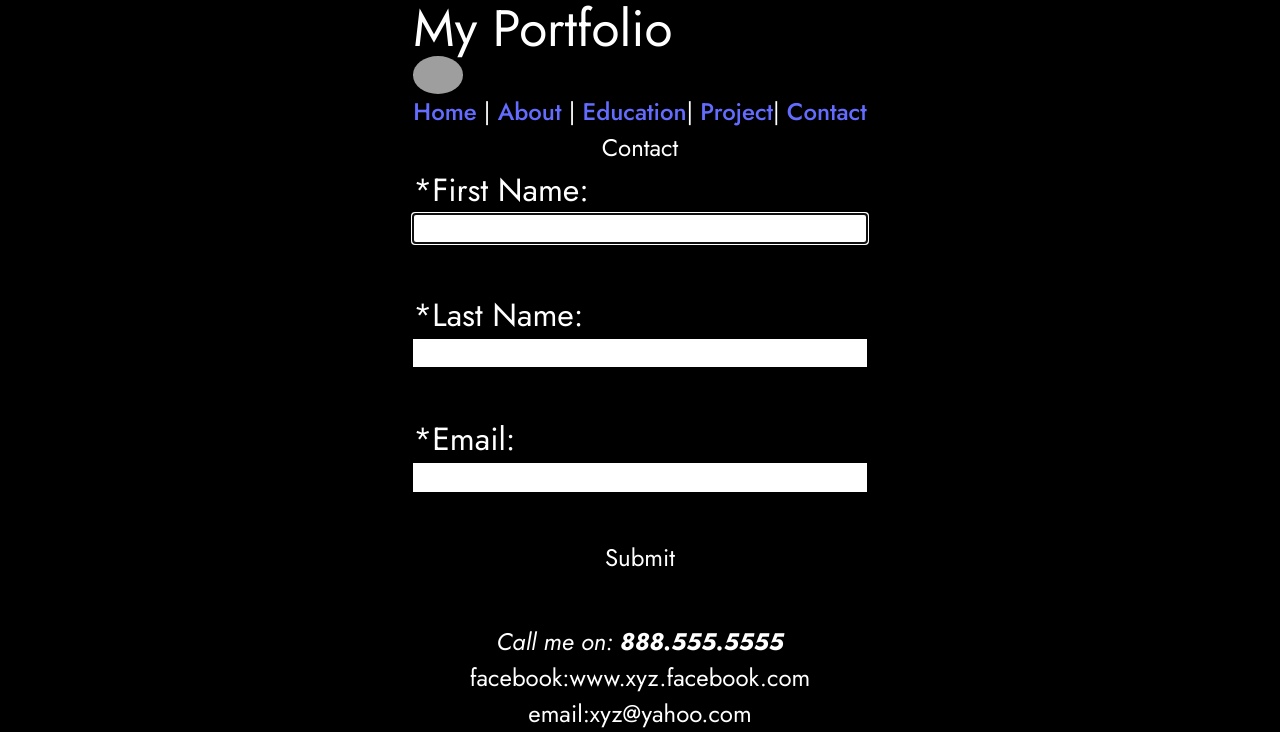
Repository: EricEE1022/myPortfolio
Page: /contact (app in client/)
An editor plug-in stored every save of this project. The page is shown before and after a run of saves, followed by the edit.
The browser window is 1280 px wide. The pictures show the whole page.
Pictures or frames that could not be fetched are drawn as grey boxes. The project was rebuilt for these pictures with package versions that can differ from the ones it lists, and the page was loaded fresh each time. Also part of the build but not shown: client/vite.config.js, client/components/Home.jsx, client/src/about.css, client/src/about.jsx, client/src/education.jsx, client/src/project.css, client/src/project.jsx.

Above is the page before, as saved 2024-10-07 20:49:36.

### client/index.html
<!doctype html>
<html lang="en">
  <head>
    <meta charset="UTF-8" />
    <link rel="icon" type="image/svg+xml" href="/vite.svg" />
    <meta name="viewport" content="width=device-width, initial-scale=1.0" />
    <title>Eric Emiowei</title>
  </head>
  <body>
    <div id="root"></div>
    <script type="module" src="/src/index.jsx"></script>
  </body>
</html>

### client/src/index.jsx
// Student Name: Ebibulukemi Emiowei (Eric)
// Student ID: 301367312
// Date: 09/29/2024

import React from 'react';
import ReactDOM from 'react-dom/client';
import './styles/index.css';
import App from './App.jsx';


const root = ReactDOM.createRoot(document.getElementById('root'));
root.render(
  <React.StrictMode>
    <App />
  </React.StrictMode>
);

### client/src/styles/index.css
/* Student Name: Ebibulukemi Emiowei (Eric)
Student ID: 301367312
Date: 09/29/2024 */

@import url('https://fonts.googleapis.com/css2?family=Jost:ital,wght@0,100..900;1,100..900&display=swap');

@tailwind base;
@tailwind components;
@tailwind utilities;

body {
  @apply font-jost bg-gray-900 text-white;
}

.custom-class {
  @apply p-4 bg-blue-500 text-center rounded-lg;
}

### client/src/App.jsx
import React from 'react';
import { BrowserRouter as Router } from 'react-router-dom';
//import { ThemeProvider } from '@material-ui/styles';
import MainRouter from '../MainRouter';
//import Contact from './contact'
//import theme from '../theme';
//import { hot } from 'react-hot-loader'
const App = () => {
 return (
 <Router>

 <MainRouter />

 </Router>
 );
};
export default App;

### client/MainRouter.jsx
import React from 'react'
import { Route, Routes } from 'react-router-dom'
import Home from './components/Home'
import About from './src/about'
import Contact from './src/contact'
import Education from './src/education'
import Project from './src/project'
import Layout from './components/layout'
const MainRouter = () => {
 return (<div>
 <Layout/>
 <Routes>

<Route exact path="/" element={<Home />} />
<Route exact path="/about" element={<About />} />
<Route exact path="/education" element={<Education />} />
<Route exact path="/project" element={<Project />} />
<Route exact path="/contact" element={<Contact />} />

 </Routes>
 </div>
 )
}
export default MainRouter

### client/src/contact.jsx
import '../src/contact.css'
import {create} from '../contact/api-contact.js'
//import {create} from './api-shop.js'
import {Link, Navigate} from 'react-router-dom'
export default function Contact() {
     return (
     <>
     <p>Contact</p>
     <form id="ffp">


				<label htmlFor="myFName"> *First Name: </label>
				<input type="text" id="myFName" name="myFName" required="required" autoFocus /> <br /> <br />

				<label htmlFor="myLName"> *Last Name: </label>
				<input type="text" id="myLName" name="myLName" required="required" /> <br /> <br />


				<label htmlFor="myEmail"> *Email: </label>
				<input type="email" id="myEmail" name="myEmail" required="required" /> <br /> <br />

				<input type="submit" className="submit" value="Submit" /> <br />


		</form> <br></br>
          <p><i>Call me on: <strong>888.555.5555 </strong></i></p>
 <p>facebook:www.xyz.facebook.com</p>
 <p>email:xyz@yahoo.com</p>
     </>
     );
     }


    /* import '../src/contact.css';
import { useState } from 'react';

export default function Contact() {
    const [formData, setFormData] = useState({
        myFName: '',
        myLName: '',
        myEmail: '',
    });

    const handleChange = (event) => {
        const { name, value } = event.target;
        setFormData((prevData) => ({
            ...prevData,
            [name]: value,
        }));
    };

    const handleSubmit = async (event) => {
        event.preventDefault(); // Prevent the default form submission

        try {
            const response = await fetch('http://localhost:3000/api/contacts', {
                method: 'POST',
                headers: {
                    'Content-Type': 'application/json',
                },
                body: JSON.stringify(formData),
            });

            if (!response.ok) {
                throw new Error('Network response was not ok');
            }

            const result = await response.json();
            console.log('Success:', result);
            alert('Data saved successfully!');
            // Optionally reset the form
            setFormData({
                myFName: '',
                myLName: '',
                myEmail: '',
            });
        } catch (error) {
            console.error('Error:', error);
            alert('There was an error saving the data.');
        }
    };

    return (
        <>
            <p>Contact</p>
            <form id="ffp" onSubmit={handleSubmit}>
                <label htmlFor="myFName"> *First Name: </label>
                <input
                    type="text"
                    id="myFName"
                    name="myFName"
                    value={formData.myFName}
                    onChange={handleChange}
                    required
                    autoFocus
                />
                <br />
                <br />

                <label htmlFor="myLName"> *Last Name: </label>
                <input
                    type="text"
                    id="myLName"
                    name="myLName"
                    value={formData.myLName}
                    onChange={handleChange}
                    required
                />
                <br />
                <br />

                <label htmlFor="myEmail"> *Email: </label>
                <input
                    type="email"
                    id="myEmail"
                    name="myEmail"
                    value={formData.myEmail}
                    onChange={handleChange}
                    required
                />
                <br />
                <br />

                <input type="submit" className="submit" value="Submit" />
                <br />
            </form>
            <br />
            <p>
                <i>Call me on: <strong>888.555.5555 </strong></i>
            </p>
            <p>facebook: www.xyz.facebook.com</p>
            <p>email: xyz@yahoo.com</p>
        </>
    );
}
*/

### client/components/layout.jsx
import React from 'react';
import { Link } from 'react-router-dom';
import football1 from '../src/assets/football1.jfif';
export default function Layout() {
 return (
 <>

 <h1>My Portfolio</h1>

 < img src={football1}alt="football" className="football" width="50px" height="50px"/>
 <nav>

 <Link to="/">Home</Link> | <Link to="/about">About</Link> | <Link to="/education">Education</Link>| <Link to="/project">Project</Link>| <Link to="/contact">Contact</Link>
 </nav>

<br/>
 <hr />

 </>

 );
}

### client/src/index.css
:root {
  font-family: Inter, system-ui, Avenir, Helvetica, Arial, sans-serif;
  line-height: 1.5;
  font-weight: 400;

  color-scheme: light dark;
  color: rgba(255, 255, 255, 0.87);
  background-color: #242424;

  font-synthesis: none;
  text-rendering: optimizeLegibility;
  -webkit-font-smoothing: antialiased;
  -moz-osx-font-smoothing: grayscale;
}

a {
  font-weight: 500;
  color: #646cff;
  text-decoration: inherit;
}
a:hover {
  color: #535bf2;
}

body {
  margin: 0;

  place-items: center;
  min-width: 320px;
  min-height: 100vh;
  background-color:black;
  color:white;
  align-content: center;
}

h1 {
  font-size: 3.2em;
  line-height: 1.1;
}

button {
  border-radius: 8px;
  border: 1px solid transparent;
  padding: 0.6em 1.2em;
  font-size: 1em;
  font-weight: 500;
  font-family: inherit;
  background-color: #1a1a1a;
  cursor: pointer;
  transition: border-color 0.25s;
}
button:hover {
  border-color: #646cff;
}
button:focus,
button:focus-visible {
  outline: 4px auto -webkit-focus-ring-color;
}

@media (prefers-color-scheme: light) {
  :root {
    color: #213547;
    background-color: #ffffff;
  }
  a:hover {
    color: #747bff;
  }
  button {
    background-color: #f9f9f9;
  }
}

nav {
float:right;
font-size:x-large;

}






.bg{
  position:absolute;
  top: -4em;
  right: 0;
  z-index: -1;
  object-fit: cover;
  height: 100vh;

}

.introContent {
  height: 100vh;
  width: 100vw;
  padding: 3em;
  padding-top: 1em;
  font-size: 3em;
  font-weight: 700;

  justify-content: center;
}

.hello {
  font-size: 1.75rem;
  font-weight:100px;
}

.introName {
  color: Blue;
}


.introPara {
  font-size: 40px;
  font-weight: 100;
}

.btn {
  background: white;
  margin: 1rem 0;
  padding: 0.75rem 1.5rem;
  border: none;
  border-radius: 2rem;
}


.btnImg{
  object-fit: cover;
  margin: 0 0.25rem;
  height: 1rem;
}

@media screen and (max-width:480px){
  .bg {
    right: -20vw
  }
}

img{
border-radius: 90%;
size: 40px;

}

html{
  scroll-behavior: smooth;
  overflow-x: hidden;
  overflow-y: scroll;
  margin-left: auto;
  margin-right: auto;
}

### client/src/contact.css
#ffp{




    max-width: 50rem;
    display: flex;
    flex-direction: column;
    justify-content: center;
    margin: 0 auto;


}

label{
    font-size:xx-large;
}

input{
    font-size: larger;
}

.submit{
    font-size:x-large;
}

p,a{
    font-size:x-large;
    text-align: center;
}

### client/contact/api-contact.js
const create = async (params, credentials, contact) => {
    try {
      let response = await fetch('/api/contacts/by/'+ params.contactId, {
        method: 'POST',
        headers: {
          'Accept': 'application/json',
          'Authorization': 'Bearer ' + credentials.t
        },
        body: contact
      })
        return response.json()
      } catch(err) {
        console.log(err)
      }
  }

  const list = async (signal) => {
    try {
      let response = await fetch('/api/contacts', {
        method: 'GET',
        signal: signal
      })
      return response.json()
    }catch(err) {
      console.log(err)
    }
  }

  const listByOwner = async (params, credentials, signal) => {
    try {
      let response = await fetch('/api/contacts/by/'+params.contactId, {
        method: 'GET',
        signal: signal,
        headers: {
          'Accept': 'application/json',
          'Authorization': 'Bearer ' + credentials.t
        }
      })
      return response.json()
    }catch(err){
      console.log(err)
    }
  }

  const read = async (params, signal) => {
    try {
      let response = await fetch('/api/contact/' + params.contactId, {
        method: 'GET',
        signal: signal,
      })
      return response.json()
    }catch(err) {
      console.log(err)
    }
  }

  const update = async (params, credentials, contact) => {
    try {
      let response = await fetch('/api/contacts/' + params.contactId, {
        method: 'PUT',
        headers: {
          'Accept': 'application/json',
          'Authorization': 'Bearer ' + credentials.t
        },
        body: contact
      })
      return response.json()
    } catch(err) {
      console.log(err)
    }
  }

  const remove = async (params, credentials) => {
    try {
      let response = await fetch('/api/contacts/' + params.contactId, {
        method: 'DELETE',
        headers: {
          'Accept': 'application/json',
          'Content-Type': 'application/json',
          'Authorization': 'Bearer ' + credentials.t
        }
      })
      return response.json()
    } catch(err) {
      console.log(err)
    }
  }

  export {
    create,
    list,
    listByOwner,
    read,
    update,
    remove
  }

### client/src/education.css
:root {
    font-family: Inter, system-ui, Avenir, Helvetica, Arial, sans-serif;
    line-height: 1.5;
    font-weight: 400;

    color-scheme: light dark;
    color: rgba(255, 255, 255, 0.87);
    background-color: #242424;

    font-synthesis: none;
    text-rendering: optimizeLegibility;
    -webkit-font-smoothing: antialiased;
    -moz-osx-font-smoothing: grayscale;
  }

  a {
    font-weight: 500;
    color: #646cff;
    text-decoration: inherit;
  }
  a:hover {
    color: #535bf2;
  }

  body {
    margin: auto;

    place-items: center;
    min-width: 320px;
    min-height: 100vh;
    background-color:black;
    color:white;
    align-content: center;
  }

  h1 {
    font-size: 3.2em;
    line-height: 1.1;
  }

  button {
    border-radius: 8px;
    border: 1px solid transparent;
    padding: 0.6em 1.2em;
    font-size: 1em;
    font-weight: 500;
    font-family: inherit;
    background-color: #1a1a1a;
    cursor: pointer;
    transition: border-color 0.25s;
  }
  button:hover {
    border-color: #646cff;
  }
  button:focus,
  button:focus-visible {
    outline: 4px auto -webkit-focus-ring-color;
  }

  @media (prefers-color-scheme: light) {
    :root {
      color: #213547;
      background-color: #ffffff;
    }
    a:hover {
      color: #747bff;
    }
    button {
      background-color: #f9f9f9;
    }
  }

  nav {
  float:right;
  font-size:x-large;

  }






  .bg{
    position:absolute;
    top: -4em;
    right: 0;
    z-index: -1;
    object-fit: cover;
    height: 100vh;

  }

  .introContent {
    height: 100vh;
    width: 100vw;
    padding: 3em;
    padding-top: 1em;
    font-size: 3em;
    font-weight: 700;

    justify-content: center;
  }

  .hello {
    font-size: 1.75rem;
    font-weight:100px;
  }

  .introName {
    color: Blue;
  }


  .introPara {
    font-size: 40px;
    font-weight: 100;
  }

  .btn {
    background: white;
    margin: 1rem 0;
    padding: 0.75rem 1.5rem;
    border: none;
    border-radius: 2rem;
  }


  .btnImg{
    object-fit: cover;
    margin: 0 0.25rem;
    height: 1rem;
  }

  @media screen and (max-width:480px){
    .bg {
      right: -20vw
    }
  }

  img{
  border-radius: 90%;
  size: 40px;

  }

  html{
    scroll-behavior: smooth;
    overflow-x: hidden;
    overflow-y: scroll;
    margin-left: auto;
    margin-right: auto;
  }

### client/tailwind.config.js
/** @type {import('tailwindcss').Config} */
module.exports = {
  content: ["./src/**/*.{js,jsx,ts,tsx}"],
  theme: {
    extend: {
      fontFamily: {
        jost: ['Jost', 'sans-serif'],
      },
    },
  },
  plugins: [],
}

After the next 5 saves:
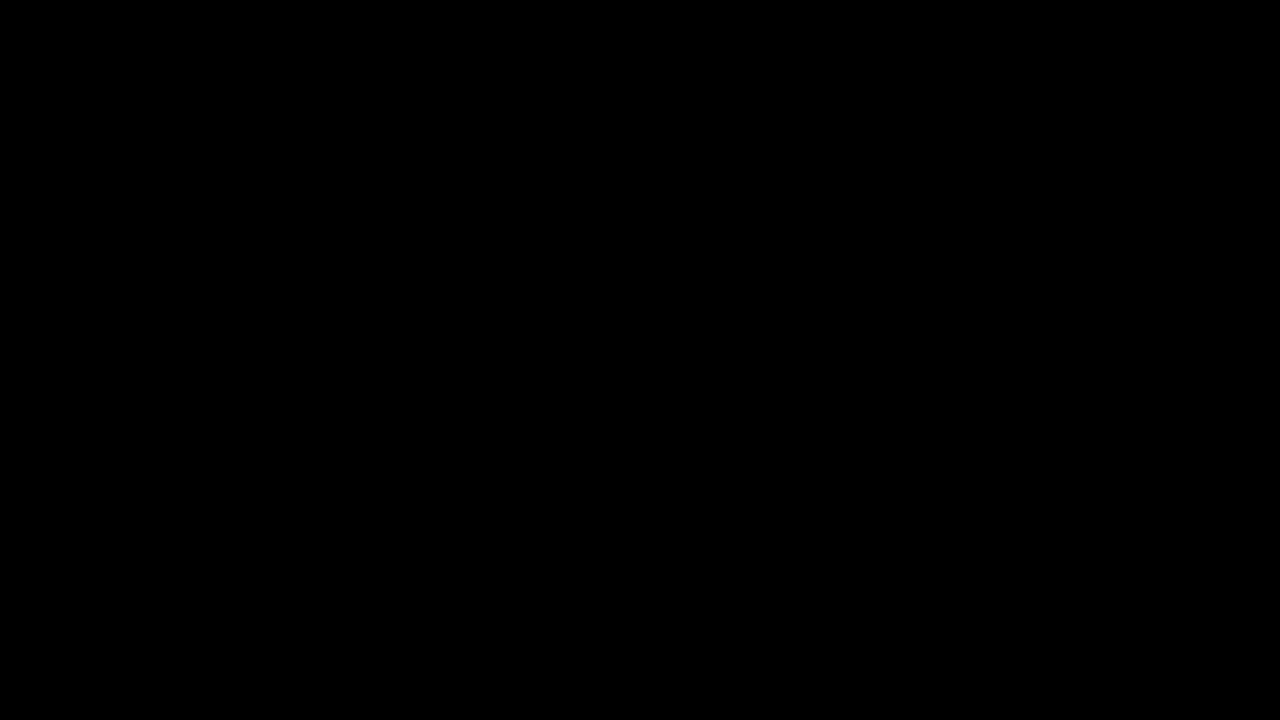
Console error (its wording comes from the project's code and is left out).
The 5 saves are shown as one change because 1 did not build or start and some came seconds apart.
The last was saved 4 min 37 s later.
--- a/client/src/contact.jsx
+++ b/client/src/contact.jsx
@@ -1,4 +1,4 @@
-import '../src/contact.css'
+/*import '../src/contact.css'
 import {create} from '../contact/api-contact.js'
 //import {create} from './api-shop.js'
 import {Link, Navigate} from 'react-router-dom'
@@ -29,6 +29,7 @@
      </>
      );
      }
+     */
 
 
     /* import '../src/contact.css';

After the 2 saves that followed:
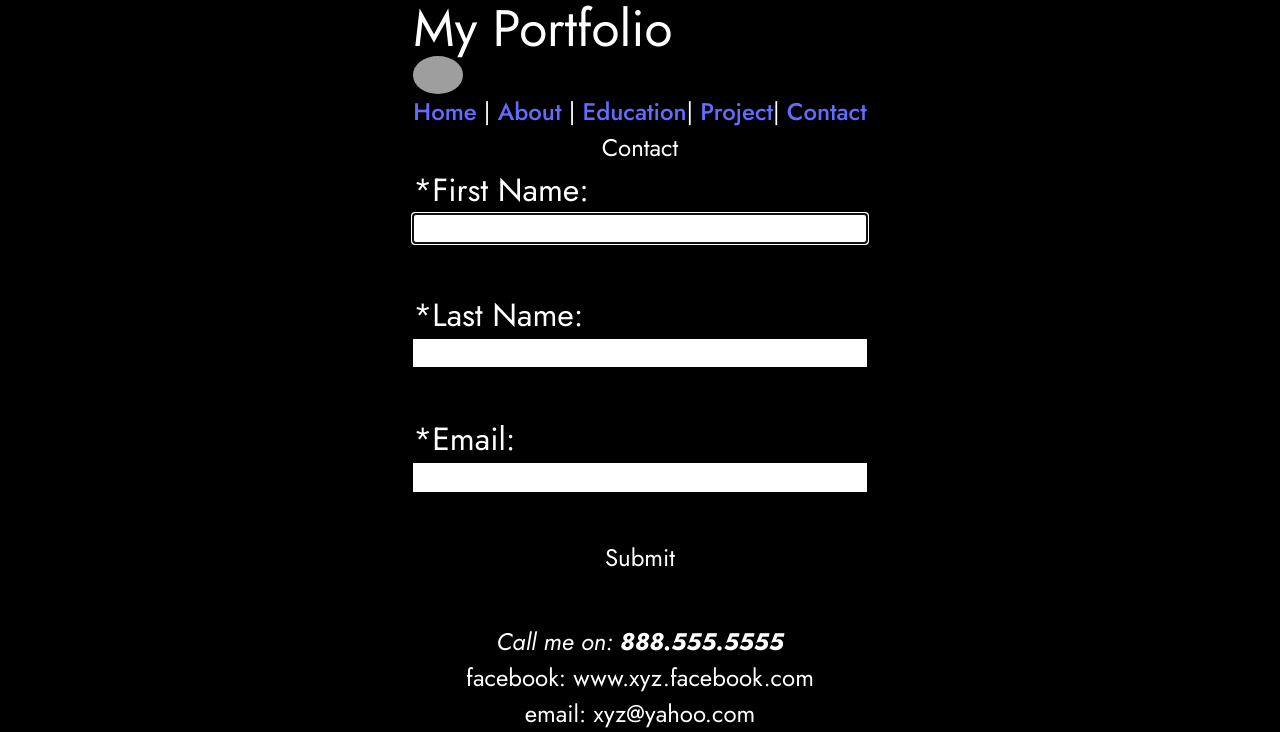
The error is gone.
The 2 saves are shown as one change because 1 did not build or start.
The last was saved 2 min 53 s later.
--- a/client/src/contact.jsx
+++ b/client/src/contact.jsx
@@ -32,7 +32,7 @@
      */
 
 
-    /* import '../src/contact.css';
+     import '../src/contact.css';
 import { useState } from 'react';
 
 export default function Contact() {
@@ -134,4 +134,3 @@
         </>
     );
 }
-*/
